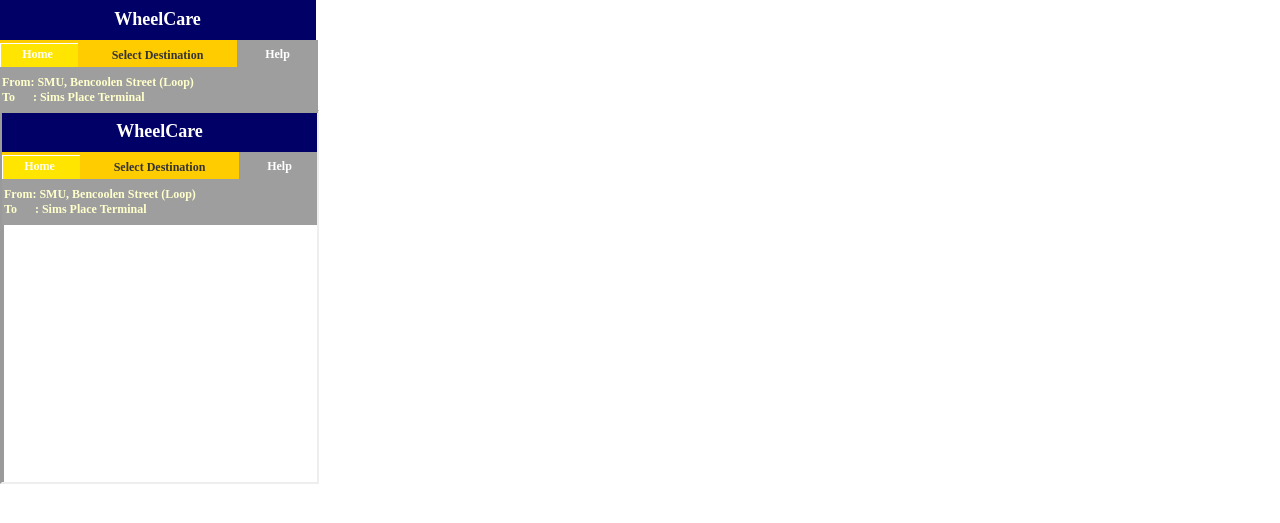
Repository: junkiatyeo/WheelCareVer2
Page: Wheelcarev2/war/SelectDestinationA.html
The author's editor kept a copy of each file at every save. The page is drawn from the files as they stood at one save, then again after the next save.
The browser window is 1280 px wide. The pictures show the whole page.
Pictures or frames that could not be fetched are drawn as grey boxes.

Above is the page before, as saved 2014-04-01 01:52:44.

### Wheelcarev2/war/SelectDestinationA.html
<html>
<head>
    <title>SelectDestinationA</title>
    <meta http-equiv="content-type" content="text/html; charset=utf-8"/>
    <meta http-equiv="imagetoolbar" content="no"/>
    <meta name="viewport" content="width=device-width, height=device-height, initial-scale=1, maximum-scale=1, user-scalable=yes"/>
    <meta name="apple-mobile-web-app-capable" content="yes"/>
    <link href="resources/css/jquery-ui-themes.css" type="text/css" rel="stylesheet">
    <link href="resources/css/axure_rp_page.css" type="text/css" rel="stylesheet">
    <link href="SelectDestinationA_files/axurerp_pagespecificstyles.css" type="text/css" rel="stylesheet">
<!--[if IE 6]>
    <link href="SelectDestinationA_files/axurerp_pagespecificstyles_ie6.css" type="text/css" rel="stylesheet">
<![endif]-->
    <script src="data/sitemap.js"></script>
    <script src="resources/scripts/jquery-1.7.1.min.js"></script>
    <script src="resources/scripts/axutils.js"></script>
    <script src="resources/scripts/jquery-ui-1.8.10.custom.min.js"></script>
    <script src="resources/scripts/axurerp_beforepagescript.js"></script>
    <script src="resources/scripts/messagecenter.js"></script>
<script src='SelectDestinationA_files/data.js'></script>
</head>
<body>
<div id="main_container">

<div id="u0" class="u0_container"   >
<div id="u0_img" class="u0_normal detectCanvas"></div>
<div id="u1" class="u1"  >
<div id="u1_rtf"><p style="text-align:center;"><span style="font-family:Axure Handwriting;font-size:18px;font-weight:bold;font-style:normal;text-decoration:none;color:#FFFFFF;">WheelCare</span></p></div>
</div>
</div>
<IFRAME id="u2" style="position:absolute; left:0px; top:110px; width:315px; height:370px; ; ; ;;" basesrc="#" frameborder="1" scrolling="auto" ></IFRAME>

<div id="u3" class="u3_container"   >
<div id="u3_img" class="u3_normal detectCanvas"></div>
<div id="u4" class="u4"  >
<div id="u4_rtf"><p style="text-align:center;"><span style="font-family:Axure Handwriting;font-size:12px;font-weight:bold;font-style:normal;text-decoration:none;color:#333333;">Select Destination</span></p></div>
</div>
</div>
<div id="u5" class="u5_container"   >
<div id="u5_img" class="u5_normal detectCanvas"></div>
<div id="u6" class="u6"  >
<div id="u6_rtf"><p style="text-align:center;"><span style="font-family:Axure Handwriting;font-size:12px;font-weight:bold;font-style:normal;text-decoration:none;color:#FFFFFF;">Help</span></p></div>
</div>
</div>
<div id="u7" class="u7_container"   >
<div id="u7_img" class="u7_normal detectCanvas"></div>
<div id="u8" class="u8"  >
<div id="u8_rtf"><p style="text-align:center;"><span style="font-family:Axure Handwriting;font-size:12px;font-weight:bold;font-style:normal;text-decoration:none;color:#FFFFFF;">Home</span></p></div>
</div>
</div>
<div id="u9" class="u9_container"   >
<div id="u9_img" class="u9_normal detectCanvas"></div>
<div id="u10" class="u10"  >
<div id="u10_rtf"><p style="text-align:left;"><span style="font-family:Axure Handwriting;font-size:12px;font-weight:bold;font-style:normal;text-decoration:none;color:#FFFFCC;">From: SMU, Bencoolen Street (Loop)</span></p><p style="text-align:left;"><span style="font-family:Axure Handwriting;font-size:12px;font-weight:bold;font-style:normal;text-decoration:none;color:#FFFFCC;">To&nbsp;&nbsp; </span><span style="font-family:Axure Handwriting;font-size:12px;font-weight:bold;font-style:normal;text-decoration:none;color:#FFFFCC;">&nbsp;</span><span style="font-family:Axure Handwriting;font-size:12px;font-weight:bold;font-style:normal;text-decoration:none;color:#FFFFCC;">&nbsp; : Sims Place Terminal</span></p></div>
</div>
</div>
</div>
<div class="preload"><img src="SelectDestinationA_files/u0_normal.png" width="1" height="1"/><img src="SelectDestinationA_files/u3_normal.png" width="1" height="1"/><img src="SelectDestinationA_files/u5_normal.png" width="1" height="1"/><img src="SelectDestinationA_files/u7_normal.png" width="1" height="1"/><img src="SelectDestinationA_files/u9_normal.png" width="1" height="1"/></div>
</body>
<script src="resources/scripts/axurerp_pagescript.js"></script>
<script src="SelectDestinationA_files/axurerp_pagespecificscript.js" charset="utf-8"></script>

### Wheelcarev2/war/resources/css/axure_rp_page.css
p
{
	margin: 0px;
}

iframe
{
	background: #FFFFFF;
}

div.intcases
{
	font-family: arial;
	font-size: 12px;
    text-align:left;
	border:1px solid #AAA;
	background:#FFF none repeat scroll 0% 0%;
	z-index:9999;
	visibility:hidden;
	position:absolute;
    padding: 0px;
    border-radius: 3px;
}

div.intcaselink
{
	cursor: pointer;
    padding: 3px 8px 3px 8px;
    margin: 5px;
	background:#EEE none repeat scroll 0% 0%;
	border:1px solid #AAA;
    border-radius: 3px;
}

div.annnoteimage
{
	position: absolute;
	font-size: 0px;
	width: 16px;
	height: 12px;
	cursor: help;
	background-image: url(images/note.gif);
	background-repeat: no-repeat;
}

div.annnotelabel
{
	position: absolute;
	font-family: Arial;
	font-size: 10px;
	border: 1px solid #666666;
	cursor: help;
	background:#DDDD00 none repeat scroll 0% 0%;
	padding-left:3px;
	padding-right:3px;
	white-space: nowrap;
}

.annotationName
{
	font-size: .7em;
	font-weight: bold;
	margin-bottom: .2em;
	white-space: nowrap;
}

.annotation
{
	font-size: .7em;
	padding-left: .2em;
	margin-bottom: 1em;
}

/* this is a fix for the issue where dialogs jump around and takes the text-align from the body */
.dialogFix
{
    position:absolute;
    text-align:left;
}

### Wheelcarev2/war/SelectDestinationA_files/axurerp_pagespecificstyles.css
body {
    margin: 0px;
}

div {
    background-repeat: no-repeat;
}

.raw_image {
    width: 100%;
    height: 100%;
}

.preload {
    display: none;
}
#main_container {
}

.form_sketch {
    border-color: transparent;
    background-color: transparent;
}

.u0_normal {
    background-image: url('../SelectDestinationA_files/u0_normal.png');
}

.u0_container {
    position:absolute;
    left:0px;
    top:0px;
    width:315px;
    height:40px;
}

#u0_img {
    position:absolute;
    left:-3px;
    top:-3px;
    width:321px;
    height:46px;
}

.u1 {
    position:absolute;
    left:2px;
    top:9px;
    width:311px;
    height:22px;
    ;
    ;
    ;
    font-family:Arial;
    text-align:left;
    word-wrap:break-word;
}

.u3_normal {
    background-image: url('../SelectDestinationA_files/u3_normal.png');
}

.u3_container {
    position:absolute;
    left:0px;
    top:40px;
    width:315px;
    height:30px;
}

#u3_img {
    position:absolute;
    left:-3px;
    top:-3px;
    width:321px;
    height:36px;
}

.u4 {
    position:absolute;
    left:2px;
    top:8px;
    width:311px;
    height:15px;
    ;
    ;
    ;
    font-family:Arial;
    text-align:left;
    word-wrap:break-word;
}

.u5_normal {
    background-image: url('../SelectDestinationA_files/u5_normal.png');
}

.u5_container {
    position:absolute;
    left:240px;
    top:43px;
    width:75px;
    height:24px;
}

#u5_img {
    position:absolute;
    left:-3px;
    top:-3px;
    width:81px;
    height:30px;
}

.u6 {
    position:absolute;
    left:2px;
    top:4px;
    width:71px;
    height:15px;
    ;
    ;
    ;
    font-family:Arial;
    text-align:left;
    word-wrap:break-word;
}

.u7_normal {
    background-image: url('../SelectDestinationA_files/u7_normal.png');
}

.u7_container {
    position:absolute;
    left:0px;
    top:43px;
    width:75px;
    height:24px;
}

#u7_img {
    position:absolute;
    left:-3px;
    top:-3px;
    width:81px;
    height:30px;
}

.u8 {
    position:absolute;
    left:2px;
    top:4px;
    width:71px;
    height:15px;
    ;
    ;
    ;
    font-family:Arial;
    text-align:left;
    word-wrap:break-word;
}

.u9_normal {
    background-image: url('../SelectDestinationA_files/u9_normal.png');
}

.u9_container {
    position:absolute;
    left:0px;
    top:70px;
    width:315px;
    height:40px;
}

#u9_img {
    position:absolute;
    left:-3px;
    top:-3px;
    width:321px;
    height:46px;
}

.u10 {
    position:absolute;
    left:2px;
    top:5px;
    width:311px;
    height:30px;
    ;
    ;
    ;
    font-family:Arial;
    text-align:left;
    word-wrap:break-word;
}

### Wheelcarev2/war/data/sitemap.js
var sitemap =

(function() {
    var _ = function() { var r={},a=arguments; for(var i=0; i<a.length; i+=2) r[a[i]]=a[i+1]; return r; }
    var _creator = function() { return _(b,[_(c,d,e,f,g,h,i,[_(c,j,e,f,g,k),_(c,l,e,f,g,m),_(c,n,e,f,g,o)])]);};
var b="rootNodes",c="pageName",d="Home",e="type",f="Wireframe",g="url",h="Home.html",i="children",j="Feedback",k="Feedback.html",l="ThankyouFeedback",m="ThankyouFeedback.html",n="NearbyBusStops",o="NearbyBusStops.html";
return _creator();
})();

### Wheelcarev2/war/resources/scripts/axutils.js
/*
 *
 *
 *
 *
 */

 (function() {
     // define the root namespace object
     window._axUtils = { };

     // ------------------------------------------------------------------------
     // Makes an object bindable
     // ------------------------------------------------------------------------
     _axUtils.makeBindable = function(obj, events) {
         if (obj.registeredBindings != null) return;

         // copy the events
         obj.bindableEvents = events.slice();
         obj.registeredBindings = { };

         obj.bind = function(eventName, fn) {
             var binding = { };
             binding.eventName = eventName;
             binding.action = fn;

             var bindingList = this.registeredBindings[eventName];
             if (bindingList == null) {
                 bindingList = [];
                 this.registeredBindings[eventName] = bindingList;
             }
             bindingList[bindingList.length] = binding;
         };

         obj.unbind = function(eventName) {
             if (eventName.indexOf('.') >= 0) {
                 this.registeredBindings[eventName] = null;
             } else {
                 var event = eventName.split('.')[0];
                 for (var bindingKey in this.registeredBindings) {
                     if (bindingKey.split('.')[0] == event) {
                         this.registeredBindings[bindingKey] = null;
                     }
                 }
             }
         };

         obj.triggerEvent = function(eventName, arg) {
             for (var bindingKey in this.registeredBindings) {
                 if (bindingKey.split('.')[0] == eventName) {
                     var bindings = this.registeredBindings[bindingKey];
                     for (var i = 0; i < bindings.length; i++) {
                         if (arg == null) {
                             bindings[i].action();
                         } else {
                             bindings[i].action(arg);
                         }
                     }
                 }
             }
         };
     };


     _axUtils.loadCSS = function(url) {
         $('head').append('<link text="text/css" href="' + url + '" rel="Stylesheet" />');
     };

     _axUtils.loadJS = function(url) {
         $('head').append('<script text="text/javascript" language="JavaScript" src="' + url + '"></script>');
     };

     _axUtils.curry = function(fn) {
         var curriedArgs = Array.prototype.slice.call(arguments, [1]);
         return function() {
             fn.apply(this, curriedArgs.concat(Array.prototype.slice.call(arguments)));
         };
     };

     _axUtils.succeeded = function(result) {
         return result && result.success;
     };

     _axUtils.createUniqueTag = function() {
         return Math.random().toString().substring(2) +
             Math.random().toString().substring(2) +
                 Math.random().toString().substring(2) +
                     Math.random().toString().substring(2);
     };

     _axUtils.formatDate = function(date) {
         var months = [
             "Jan", "Feb", "Mar", "Apr", "May", "Jun",
             "Jul", "Aug", "Sep", "Oct", "Nov", "Dec"];
         var hours = date.getHours();
         var amPm = (hours > 11 ? 'PM' : 'AM');
         hours = hours % 12;
         if (hours == '0') hours = '12';
         var minutes = date.getMinutes() + '';
         if (minutes.length == 1) {
             minutes = '0' + minutes;
         }
         return [
             months[date.getMonth()], ' ', date.getDate(), ' ', date.getFullYear(), ' ',
             hours, ':', minutes, ' ', amPm].join('');

     };

     _axUtils.quickObject = function() {
         var returnVal = { };
         for (var i = 0; i < arguments.length; i += 2) {
             returnVal[arguments[i]] = arguments[i + 1];
         }
         return returnVal;
     };

     var matrixBase = {
         mul: function(val) {
             if (val.x !== undefined) {
                 return _axUtils.Vector2D(
                     this.m11 * val.x + this.m12 * val.y + this.tx,
                     this.m21 * val.x + this.m22 * val.y + this.ty);
             } else if (val.m11) {
                 return _axUtils.Matrix2D(
                     this.m11 * val.m11 + this.m12 * val.m21,
                     this.m11 * val.m12 + this.m12 * val.m22,
                     this.m21 * val.m11 + this.m22 * val.m21,
                     this.m21 * val.m12 + this.m22 * val.m22,
                     val.tx + this.tx * val.m11 + this.ty * val.m21,
                     val.ty + this.tx * val.m12 + this.ty * val.m22
                 );
             } else if (Number(val)) {
                 var num = Number(val);
                 return _axUtils.Matrix2D(this.m11 * num, this.m12 * num,
                     this.m21 * num, this.m22 * num,
                     this.tx * num, this.ty * num);
             } else return undefined;
         },
         rotate: function(angle) {
             var angleRad = angle * Math.PI / 180;
             var c = Math.cos(angleRad);
             var s = Math.sin(angleRad);

             return this.mul(_axUtils.Matrix2D(c, -s, s, c));
         }
     };

     _axUtils.Matrix2D = function(m11, m12, m21, m22, tx, ty) {
         return $.extend({
             m11: m11 || 0,
             m12: m12 || 0,
             m21: m21 || 0,
             m22: m22 || 0,
             tx: tx || 0,
             ty: ty || 0
         }, matrixBase);
     };

     _axUtils.Vector2D = function(x, y) {
         return { x: x || 0, y: y || 0 };
     };

     _axUtils.Matrix2D.identity = function() {
         return _axUtils.Matrix2D(1, 0, 0, 1, 0, 0);
     };


 })();

### Wheelcarev2/war/resources/scripts/messagecenter.js
if (typeof console == 'undefined') console = {
    log: function () { }
};

// sniff chrome
var CHROME_5_LOCAL = false;
var CHROME = false;
var WEBKIT = false;
(function () {
    var chromeRegex = /Chrome\/([0-9]+).([0-9]+)/g ;
    var chromeMatch = chromeRegex.exec(navigator.userAgent);
    CHROME = Boolean(chromeMatch);
    CHROME_5_LOCAL = chromeMatch &&
                Number(chromeMatch[1]) >= 5 &&
                location.href.indexOf('file://') >= 0;

    var webkitRegex = /WebKit\//g ;
    WEBKIT = Boolean(webkitRegex.exec(navigator.userAgent));
})();


(function() {
    var _topMessageCenter;
    var _messageCenter = {};
    var _listeners = [];
    var _stateListeners = [];
    var _state = {};
    var _eventObject = null;

    var _queuedMessages = [];
    var _initialized = false;

    // this is for the non Chrome 5 local scenarios. The "top" message center will dispatch to all the bottom ones
    var _childrenMessageCenters = [];

    // create $axure if it hasn't been created
    if (!window.$axure) window.$axure = function() {};
    $axure.messageCenter = _messageCenter;

    // isolate scope, and initialize _topMessageCenter.
    (function() {
        if (!CHROME_5_LOCAL) {
            var topAxureWindow = window;
            while (topAxureWindow.parent && topAxureWindow.parent !== topAxureWindow
                && topAxureWindow.parent.$axure) topAxureWindow = topAxureWindow.parent;
            _topMessageCenter = topAxureWindow.$axure.messageCenter;
        }
    })();

    $(document).ready(function() {
        if (CHROME_5_LOCAL) {
            $('body').append("<div id='axureEventReceiverDiv' style='display:none'></div>" +
                "<div id='axureEventSenderDiv' style='display:none'></div>");

		    _eventObject = document.createEvent('Event');
		    _eventObject.initEvent('axureMessageSenderEvent', true, true);

            $('#axureEventReceiverDiv').bind('axureMessageReceiverEvent', function () {
                var request = JSON.parse($(this).text());
                _handleRequest(request);
            });
        } else {
            if (_topMessageCenter != _messageCenter) {
                _topMessageCenter.addChildMessageCenter(_messageCenter);
                console.log('adding from ' + window.location.toString());
            }
        }
    });

    var _handleRequest = function (request) {
        // route the request to all the listeners
        for(var i = 0; i < _listeners.length; i++) _listeners[i](request.message, request.data);

        // now handle the queued messages if we're initializing
        if (request.message == 'initialize') {
            _initialized = true;
            // send all the queued messages and return
            for (var i = 0; i < _queuedMessages.length; i++) {
                var qRequest = _queuedMessages[i];
                _messageCenter.postMessage(qRequest.message, qRequest.data);
            }
            _queuedMessages = [];
        }

        // and then handle the set state messages, if necessary
        if (request.message == 'setState') {
            _state[request.data.key] = request.data.value;
            for (var i = 0; i < _stateListeners.length; i++) {
                var keyListener = _stateListeners[i];
                // if thep passed a null or empty value, always post the message
                if (!keyListener.key || keyListener.key == request.data.key) {
                    keyListener.listener(request.data.key, request.data.value);
                }
            }
        }

    };

    // -----------------------------------------------------------------------------------------
    // This method allows for dispatching messages in the non-chromelocal scenario.
    // Each child calls this on _topMessageCenter
    // -----------------------------------------------------------------------------------------
    _messageCenter.addChildMessageCenter = function(messageCenter) {
        _childrenMessageCenters[_childrenMessageCenters.length] = messageCenter;
    };

    // -----------------------------------------------------------------------------------------
    // This method allows for dispatching messages in the non-chromelocal scenario.
    // Each child calls this on _topMessageCenter
    // -----------------------------------------------------------------------------------------
    _messageCenter.dispatchMessage = function(message, data) {
        _handleRequest({
            message: message,
            data: data
        });
    };

    // -----------------------------------------------------------------------------------------
    // -----------------------------------------------------------------------------------------
    _messageCenter.dispatchMessageRecursively = function(message, data) {
        console.log("dispatched to " + window.location.toString());

        // dispatch to the top center first
        _messageCenter.dispatchMessage(message, data);

        $('iframe').each(function(index, frame) {
            //try,catch to handle permissions error in FF when loading pages from another domain
            try {
                if (frame.contentWindow.$axure && frame.contentWindow.$axure.messageCenter) {
                    frame.contentWindow.$axure.messageCenter.dispatchMessageRecursively(message, data);
                }
            }catch(e) {}
        });
    };

    _messageCenter.postMessage = function (message, data) {
        if (!CHROME_5_LOCAL) {
            _topMessageCenter.dispatchMessageRecursively(message, data);
        } else {
            var request = {
                message : message,
                data : data
            };

            if (_initialized) {
                var senderDiv = document.getElementById('axureEventSenderDiv');
                var messageText = JSON.stringify(request);
                console.log('sending event: ' + messageText);
                senderDiv.innerText = messageText;
                senderDiv.dispatchEvent(_eventObject);
                console.log('event sent');
            } else {
                _queuedMessages[_queuedMessages.length] = request;
            }
        }
    }

    _messageCenter.setState = function(key, value) {
        var data = {
            key : key,
            value : value
        };
        _messageCenter.postMessage('setState', data);
    }

    _messageCenter.getState = function(key) {
        return _state[key];
    }

    _messageCenter.addMessageListener = function(listener) {
        _listeners[_listeners.length] = listener;
    }

    _messageCenter.addStateListener = function(key, listener) {
        _stateListeners[_stateListeners.length] = {
            key: key,
            listener: listener
        };
    }

})();

### Wheelcarev2/war/SelectDestinationA_files/data.js
$axure.loadCurrentPage(
(function() {
    var _ = function() { var r={},a=arguments; for(var i=0; i<a.length; i+=2) r[a[i]]=a[i+1]; return r; }
    var _creator = function() { return _(b,_(c,d),e,f,g,h,i,j,k,[l],m,_(n,_(o,_(p,q,r,s,t,u,v,j,w,j,x,j,y,z,A,B,C,_(D,E,F,G),H,I,J,K,L,null),M,_(p,N,r,s,t,u,v,j,w,j,x,j,y,O,C,_(D,E,F,P),H,I,J,K),Q,_(p,R,C,_(D,E,F,S)),T,_(p,U,x,d),V,_(p,W),X,_(p,Y,r,s,t,u,v,j,w,j,x,j,y,z,A,B,C,_(D,E,F,P),H,I,J,K,L,null),Z,_(p,ba,r,s,t,u,v,j,w,j,x,j,y,z,C,_(D,E,F,G),H,I),bb,_(p,bc,r,s,t,u,v,j,w,j,x,j,y,O,C,_(D,E,F,G),H,I),bd,_(p,be,r,s,t,u,v,j,w,j,x,j,y,O,C,_(D,E,F,G),H,I),bf,_(p,bg,r,s,t,u,v,j,w,j,x,j,C,_(D,E,F,G),H,I),bh,_(p,bi,r,s,t,u,v,j,w,j,x,j,C,_(D,E,F,G),H,I),bj,_(p,bk,r,s,t,u,v,j,w,j,x,j,y,O,A,bl,C,_(D,E,F,P),H,I),bm,_(p,bn,r,s,t,u,v,j,w,j,x,j,y,O,A,bl,C,_(D,E,F,P),H,I),bo,_(p,bp,r,s,t,u,v,j,w,j,x,j,y,z,A,B,C,_(D,E,F,P),H,I,J,K,L,null),bq,_(p,br,r,s,t,u,v,j,w,j,x,j,C,_(D,E,F,P),H,I,L,null),bs,_(p,bt),bu,_(p,bv),bw,_(p,bx),by,_(p,bz),bA,_(p,bB,r,s,t,u,v,j,w,j,x,j,y,z,A,B,C,_(D,E,F,P),H,I,J,K,L,null),bC,_(p,bD,r,s,t,u,v,j,w,j,x,j,y,O,A,bl,C,_(D,E,F,P),H,I,J,K,L,null),bE,_(p,bF),bG,_(p,bH),bI,_(p,bJ),bK,_(p,bL,r,s,t,u,v,j,w,j,x,j,y,z,C,_(D,E,F,P),H,I)),bM,_()),bN,_(bO,bP,bQ,bR,bS,bT,bU,_(),bV,_(bW,[])),bX,_(),bY,[]);};
var b="options",c="hideAddress",d=true,e="url",f="SelectDestinationA.html",g="generationDate",h=new Date(1396312632048.63),i="isCanvasEnabled",j=false,k="variables",l="OnLoadVariable",m="stylesheet",n="defaultStyles",o="imageBox",p="id",q="#1",r="fontName",s="Arial",t="fontSize",u=13,v="bold",w="italic",x="underline",y="horizontalAlignment",z="center",A="verticalAlignment",B="middle",C="foreGroundFill",D="fillType",E="solid",F="color",G=0xFF000000,H="baseStyle",I="#2",J="lineSpacing",K=0,L="stateStyles",M="richTextPanel",N="#3",O="left",P=0xFF333333,Q="hyperlink",R="#4",S=0xFF0000FF,T="hyperlinkMouseOver",U="#5",V="hyperlinkMouseDown",W="#6",X="buttonShape",Y="#7",Z="button",ba="#8",bb="textBox",bc="#9",bd="textArea",be="#A",bf="comboBox",bg="#B",bh="listBox",bi="#C",bj="checkbox",bk="#D",bl="top",bm="radioButton",bn="#E",bo="flowShape",bp="#F",bq="treeNodeObject",br="#G",bs="imageMapRegion",bt="#H",bu="inlineFrame",bv="#I",bw="dynamicPanel",bx="#J",by="referenceDiagramObject",bz="#K",bA="table",bB="#L",bC="tableCell",bD="#M",bE="menuObject",bF="#N",bG="horizontalLine",bH="#O",bI="verticalLine",bJ="#P",bK="connector",bL="#Q",bM="customStyles",bN="page",bO="packageId",bP="60fdedcd-e8ac-4bb9-9380-622f3004540e",bQ="type",bR="Axure:Page",bS="name",bT="SelectDestinationA",bU="notes",bV="diagram",bW="objects",bX="masters",bY="objectPathToScriptId";
return _creator();
})());

### Wheelcarev2/war/SelectDestinationA_files/axurerp_pagespecificscript.js
for(var i = 0; i < 11; i++) { var scriptId = 'u' + i; window[scriptId] = document.getElementById(scriptId); }

$axure.eventManager.pageLoad(
function (e) {

});
gv_vAlignTable['u4'] = 'center';document.getElementById('u5_img').tabIndex = 0;

u5.style.cursor = 'pointer';
$axure.eventManager.click('u5', function(e) {

if (true) {

	self.location.href='#';

	self.location.href=$axure.globalVariableProvider.getLinkUrl('Home.html');

}
});
gv_vAlignTable['u6'] = 'center';document.getElementById('u7_img').tabIndex = 0;

u7.style.cursor = 'pointer';
$axure.eventManager.click('u7', function(e) {

if (true) {

	self.location.href='#';

	self.location.href=$axure.globalVariableProvider.getLinkUrl('Home.html');

}
});
gv_vAlignTable['u8'] = 'center';gv_vAlignTable['u10'] = 'center';gv_vAlignTable['u1'] = 'center';

Loaded but not shown: Wheelcarev2/war/resources/css/jquery-ui-themes.css (library); Wheelcarev2/war/resources/scripts/jquery-1.7.1.min.js (library); Wheelcarev2/war/resources/scripts/jquery-ui-1.8.10.custom.min.js (library); Wheelcarev2/war/resources/scripts/axurerp_beforepagescript.js (1843 lines, source omitted); Wheelcarev2/war/resources/scripts/axurerp_pagescript.js (1608 lines, source omitted)

After the next save:
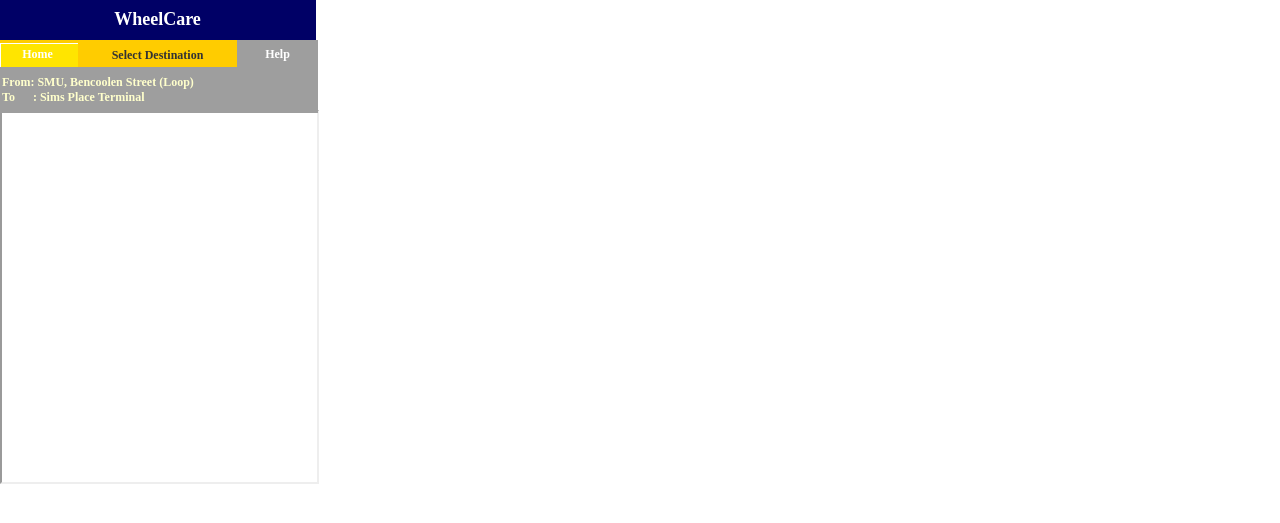
Saved 5 min 24 s later.
--- a/Wheelcarev2/war/SelectDestinationA.html
+++ b/Wheelcarev2/war/SelectDestinationA.html
@@ -28,7 +28,7 @@
 <div id="u1_rtf"><p style="text-align:center;"><span style="font-family:Axure Handwriting;font-size:18px;font-weight:bold;font-style:normal;text-decoration:none;color:#FFFFFF;">WheelCare</span></p></div>
 </div>
 </div>
-<IFRAME id="u2" style="position:absolute; left:0px; top:110px; width:315px; height:370px; ; ; ;;" basesrc="#" frameborder="1" scrolling="auto" ></IFRAME>
+<IFRAME id="u2" style="position:absolute; left:0px; top:110px; width:315px; height:370px; ; ; ;;" basesrc="" frameborder="1" scrolling="auto" ></IFRAME>
 
 <div id="u3" class="u3_container"   >
 <div id="u3_img" class="u3_normal detectCanvas"></div>
